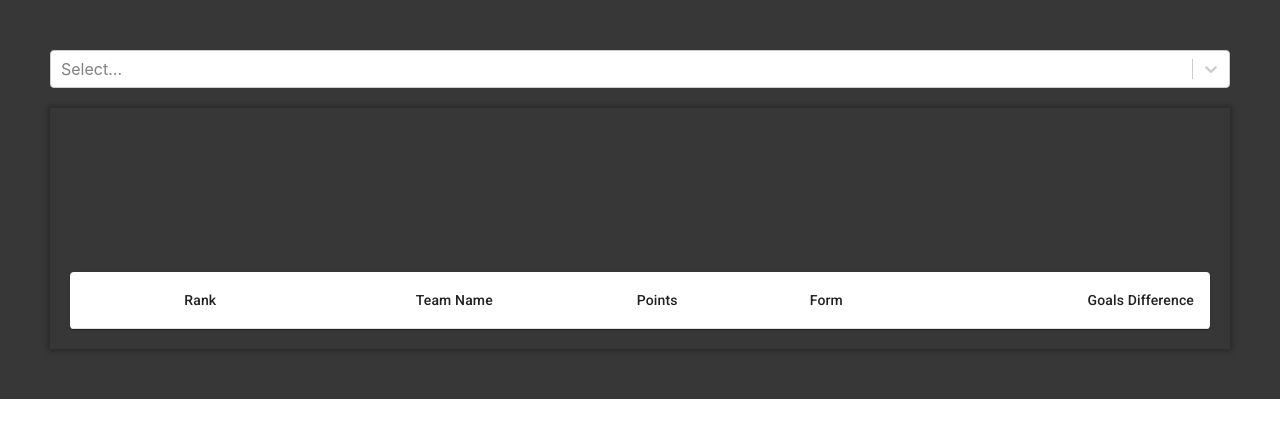
Repository: JorSargsyan/FootballApp
Page: /
These files come from the project's save history. The page is drawn as it stood at one moment and after a run of saves; the edit follows.
The browser window is 1280 px wide. The pictures show the whole page.
The page's requests for data from a server got no answer. The project was rebuilt for these pictures with package versions that can differ from the ones it lists, and the page was loaded fresh each time. No one was signed in, and anything a server would have sent is missing.

Above is the page before, as saved 2019-07-13 16:45:58.

After the next 2 saves:
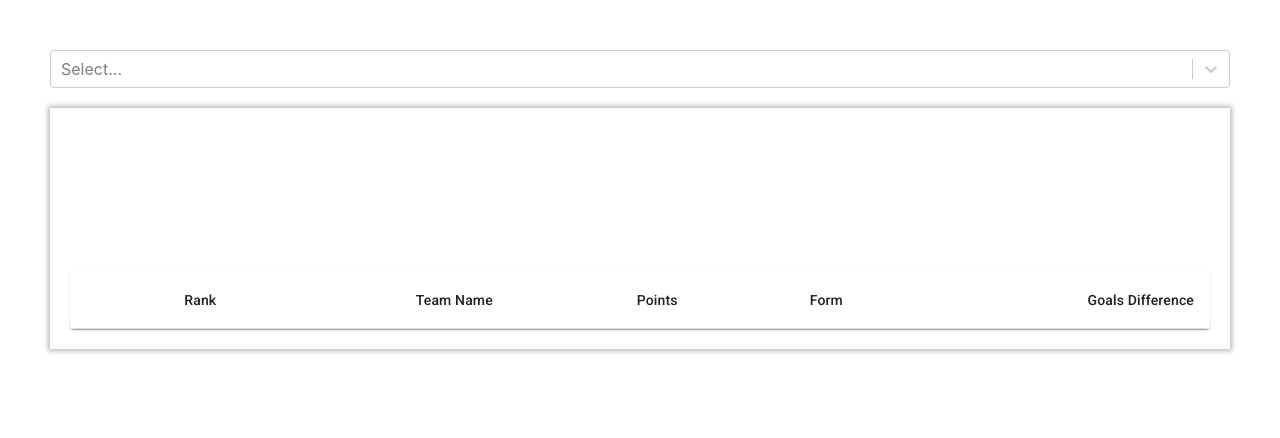
The 2 saves are shown as one change because they came seconds apart.
The last was saved 24 s later.
--- a/src/App.css
+++ b/src/App.css
@@ -1,13 +1,11 @@
 
 .App{
   padding: 50px;
-  background: rgb(55, 55, 55);
   height: 100%;
 }
 
 .LeagueInfo{
   margin-top: 20px;
-  color: white;
   box-shadow: 0 0 5px 2px #00000047;
   padding: 20px;
 }
